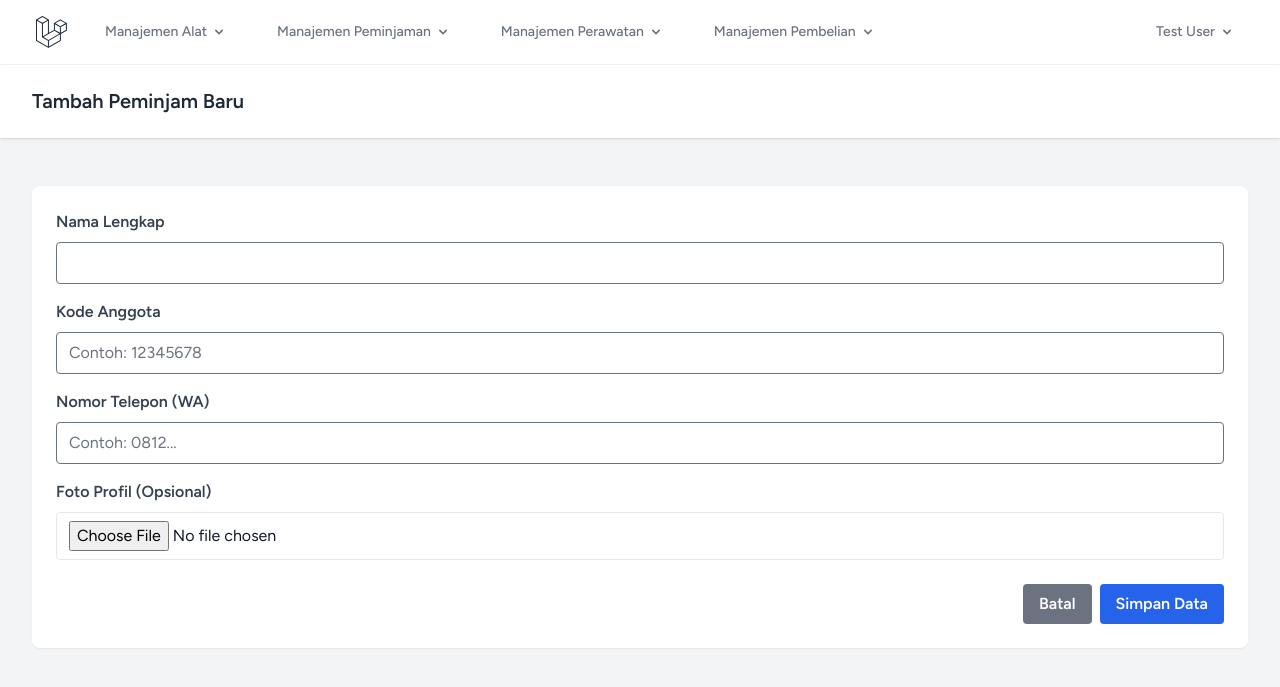
Repository: jeehany/Inventaris-Multimedia
Page: http://localhost/borrowers/create
An editor plug-in stored every save of this project. The page is shown before and after the next save, followed by the edit.
The browser window is 1280 px wide. The pictures show the whole page.
The page is served by the project's Laravel application, run on PHP 8.4 with Laravel 12. A made-up administrator, Test User (test@example.com), is signed in. Other server files are loaded and not shown. Style sheets and scripts are compiled from the project's sources, by tool versions that may differ from the author's.

Above is the page before, as saved 2025-12-27 13:47:19.

### routes/web.php
<?php

use Illuminate\Support\Facades\Route;
use App\Http\Controllers\ProfileController;
use App\Http\Controllers\CategoryController;
use App\Http\Controllers\ToolController;
use App\Http\Controllers\BorrowerController;
use App\Http\Controllers\BorrowingController;
use App\Http\Controllers\VendorController;
use App\Http\Controllers\PurchaseController;
use App\Http\Controllers\DashboardController;
use App\Http\Controllers\MaintenanceController;
use App\Http\Controllers\MaintenanceTypeController;

/*
|--------------------------------------------------------------------------
| Web Routes
|--------------------------------------------------------------------------
*/

Route::get('/', function () {
    return view('welcome');
});

Route::get('/dashboard', [DashboardController::class, 'index'])
    ->middleware(['auth', 'verified'])
    ->name('dashboard');

Route::middleware('auth')->group(function () {

    // --- Profile Routes ---
    Route::get('/profile', [ProfileController::class, 'edit'])->name('profile.edit');
    Route::patch('/profile', [ProfileController::class, 'update'])->name('profile.update');
    Route::delete('/profile', [ProfileController::class, 'destroy'])->name('profile.destroy');

    // --- Manajemen Alat (Tools) ---
    // 1. Trash & Restore (WAJIB DI ATAS Resource)
    Route::get('/tools/trash', [ToolController::class, 'trash'])->name('tools.trash');
    Route::put('/tools/{id}/restore', [ToolController::class, 'restore'])->name('tools.restore');

    // 2. Export & Custom
    Route::get('tools/export-pdf', [ToolController::class, 'exportPdf'])->name('tools.exportPdf');

    // 3. Resource & Kategori
    Route::resource('categories', CategoryController::class);
    Route::get('/categories/{category}/next-code', [CategoryController::class, 'nextCode'])->name('categories.nextCode');
    Route::resource('tools', ToolController::class);


    // --- Peminjam & Peminjaman ---
    Route::resource('borrowers', BorrowerController::class);

    // Custom Routes Peminjaman
    Route::get('/borrowings/export-pdf', [BorrowingController::class, 'exportPdf'])->name('borrowings.exportPdf');
    Route::put('/borrowings/{id}/return', [BorrowingController::class, 'returnItem'])->name('borrowings.return');
    Route::get('/get-tools/{categoryId}', [BorrowingController::class, 'getToolsByCategory'])->name('tools.getByCategory');

    Route::resource('borrowings', BorrowingController::class);


    // --- Manajemen Pembelian (UPDATED) ---
    Route::resource('vendors', VendorController::class);

    // 1. Route Khusus Pembelian (WAJIB DI ATAS Resource Purchases)
    // Agar tidak dianggap sebagai ID (misal: /purchases/approved tidak dianggap /purchases/{id})
    Route::get('/purchases/report', [PurchaseController::class, 'report'])->name('purchases.report');
    Route::get('/purchases/approved', [PurchaseController::class, 'approvedList'])->name('purchases.approved'); // Untuk Menu "Pembelian Barang"
    Route::get('/purchases/history', [PurchaseController::class, 'history'])->name('purchases.history'); // Untuk Menu "Riwayat"

    // 2. Action Approval & Upload
    Route::post('/purchases/{purchase}/approve', [PurchaseController::class, 'approve'])->name('purchases.approve');
    Route::post('/purchases/{purchase}/reject', [PurchaseController::class, 'reject'])->name('purchases.reject');
    Route::post('/purchases/{id}/upload-proof', [PurchaseController::class, 'uploadProof'])->name('purchases.uploadProof'); // Logic upload bukti

    // 3. Resource Purchases (CRUD Utama)
    Route::resource('purchases', PurchaseController::class);


    // --- Maintenance Routes ---
    Route::resource('maintenances', MaintenanceController::class);
    Route::resource('maintenance-types', MaintenanceTypeController::class);
});

require __DIR__.'/auth.php';

### app/Models/User.php
<?php

namespace App\Models;

// use Illuminate\Contracts\Auth\MustVerifyEmail;
use Illuminate\Database\Eloquent\Factories\HasFactory;
use Illuminate\Foundation\Auth\User as Authenticatable;
use Illuminate\Notifications\Notifiable;

class User extends Authenticatable
{
    /** @use HasFactory<\Database\Factories\UserFactory> */
    use HasFactory, Notifiable;

    /**
     * The attributes that are mass assignable.
     *
     * @var list<string>
     */
    protected $fillable = [
        'name',
        'email',
        'password',
        'role',
    ];

    /**
     * The attributes that should be hidden for serialization.
     *
     * @var list<string>
     */
    protected $hidden = [
        'password',
        'remember_token',
    ];

    /**
     * Get the attributes that should be cast.
     *
     * @return array<string, string>
     */
    protected function casts(): array
    {
        return [
            'email_verified_at' => 'datetime',
            'password' => 'hashed',
        ];
    }

    public function isHead(): bool
    {
        return in_array($this->role, ['kepala', 'head']);
    }
}

### app/Http/Controllers/BorrowerController.php
<?php

namespace App\Http\Controllers;

use App\Models\Borrower;
use Illuminate\Http\Request;

class BorrowerController extends Controller
{
    public function index(Request $request)
    {
        $query = Borrower::query();

        // Logika Search yang lebih aman (Grouped)
        if ($request->filled('search')) {
            $search = $request->search;
            $query->where(function($q) use ($search) {
                $q->where('name', 'like', '%' . $search . '%')
                  ->orWhere('code', 'like', '%' . $search . '%');
            });
        }

        // Pagination + Query String (agar search tidak hilang saat pindah halaman)
        $borrowers = $query->latest()->paginate(10)->withQueryString();

        return view('borrowers.index', compact('borrowers'));
    }

    public function create() { return view('borrowers.create'); }

    public function store(Request $request)
    {
        $request->validate([
            'name' => 'required|string|max:255',
            'code' => 'required|string|unique:borrowers,code', // Kode harus unik
            'phone' => 'nullable|string',
            'photo' => 'nullable|image|max:2048',
        ]);

        $data = $request->only(['code', 'name', 'phone']);
        if ($request->hasFile('photo')) {
            $path = $request->file('photo')->store('borrowers', 'public');
            $data['photo'] = $path;
        }

        Borrower::create($data);
        return redirect()->route('borrowers.index')->with('success', 'Data peminjam berhasil ditambahkan.');
    }

    public function edit($id) {
        $borrower = Borrower::findOrFail($id);
        return view('borrowers.edit', compact('borrower'));
    }

    public function update(Request $request, $id)
    {
        $request->validate([
            'name' => 'required|string|max:255',
            'code' => 'required|string|unique:borrowers,code,'.$id,
            'phone' => 'nullable|string',
            'photo' => 'nullable|image|max:2048',
        ]);

        $borrower = Borrower::findOrFail($id);
        $data = $request->only(['code','name','phone']);
        if ($request->hasFile('photo')) {
            $path = $request->file('photo')->store('borrowers', 'public');
            $data['photo'] = $path;
        }

        $borrower->update($data);

        return redirect()->route('borrowers.index')->with('success', 'Data peminjam diperbarui.');
    }

    public function destroy($id)
    {
        Borrower::findOrFail($id)->delete();
        return redirect()->route('borrowers.index')->with('success', 'Data peminjam dihapus.');
    }
}

### resources/views/borrowers/create.blade.php
<x-app-layout>
    <x-slot name="header">
        <h2 class="font-semibold text-xl text-gray-800 leading-tight">
            {{ __('Tambah Peminjam Baru') }}
        </h2>
    </x-slot>

    <div class="py-12">
        <div class="max-w-7xl mx-auto sm:px-6 lg:px-8">
            <div class="bg-white overflow-hidden shadow-sm sm:rounded-lg">
                <div class="p-6 text-gray-900">

                    {{-- Tampilkan Error Validasi --}}
@if ($errors->any())
    <div class="mb-4 bg-red-100 border border-red-400 text-red-700 px-4 py-3 rounded relative">
        <strong class="font-bold">Ups! Ada masalah input:</strong>
        <ul class="mt-2 list-disc list-inside text-sm">
            @foreach ($errors->all() as $error)
                <li>{{ $error }}</li>
            @endforeach
        </ul>
    </div>
@endif

<form action="{{ route('borrowers.store') }}" ... >

                    <form action="{{ route('borrowers.store') }}" method="POST" enctype="multipart/form-data">
                        @csrf

                        <div class="mb-4">
                            <label class="block text-gray-700 font-bold mb-2">Nama Lengkap</label>
                            <input type="text" name="name" class="border rounded w-full py-2 px-3" required>
                        </div>

                        <div class="mb-4">
                            <label class="block text-gray-700 font-bold mb-2">Kode Anggota</label>
                            <input type="text" name="code" class="border rounded w-full py-2 px-3" required placeholder="Contoh: 12345678">
                        </div>

                        <div class="mb-4">
                            <label class="block text-gray-700 font-bold mb-2">Nomor Telepon (WA)</label>
                            <input type="text" name="phone" class="border rounded w-full py-2 px-3" placeholder="Contoh: 0812...">
                        </div>

                        <div class="mb-4">
                            <label class="block text-gray-700 font-bold mb-2">Foto Profil (Opsional)</label>
                            <input type="file" name="photo" class="border rounded w-full py-2 px-3">
                        </div>

                        <div class="flex justify-end gap-2 mt-6">
                            <a href="{{ route('borrowers.index') }}" class="bg-gray-500 hover:bg-gray-700 text-white font-bold py-2 px-4 rounded">Batal</a>
                            <button type="submit" class="bg-blue-600 hover:bg-blue-800 text-white font-bold py-2 px-4 rounded">Simpan Data</button>
                        </div>
                    </form>

                </div>
            </div>
        </div>
    </div>
</x-app-layout>

Loaded but not shown: routes/auth.php (common file); app/Http/Controllers/Auth/EmailVerificationPromptController.php (common file); app/Http/Controllers/Controller.php (common file); app/Http/Controllers/Auth/VerifyEmailController.php (common file); app/View/Components/AppLayout.php (common file); resources/views/layouts/app.blade.php (common file); resources/views/components/application-logo.blade.php (common file); resources/views/components/dropdown-link.blade.php (common file); resources/views/components/dropdown.blade.php (common file); resources/views/components/responsive-nav-link.blade.php (common file); resources/css/app.css (common file); tailwind.config.js (common file); resources/js/app.js (common file); resources/js/bootstrap.js (common file); resources/views/layouts/navigation.blade.php (211 lines, source omitted)

After the next save:
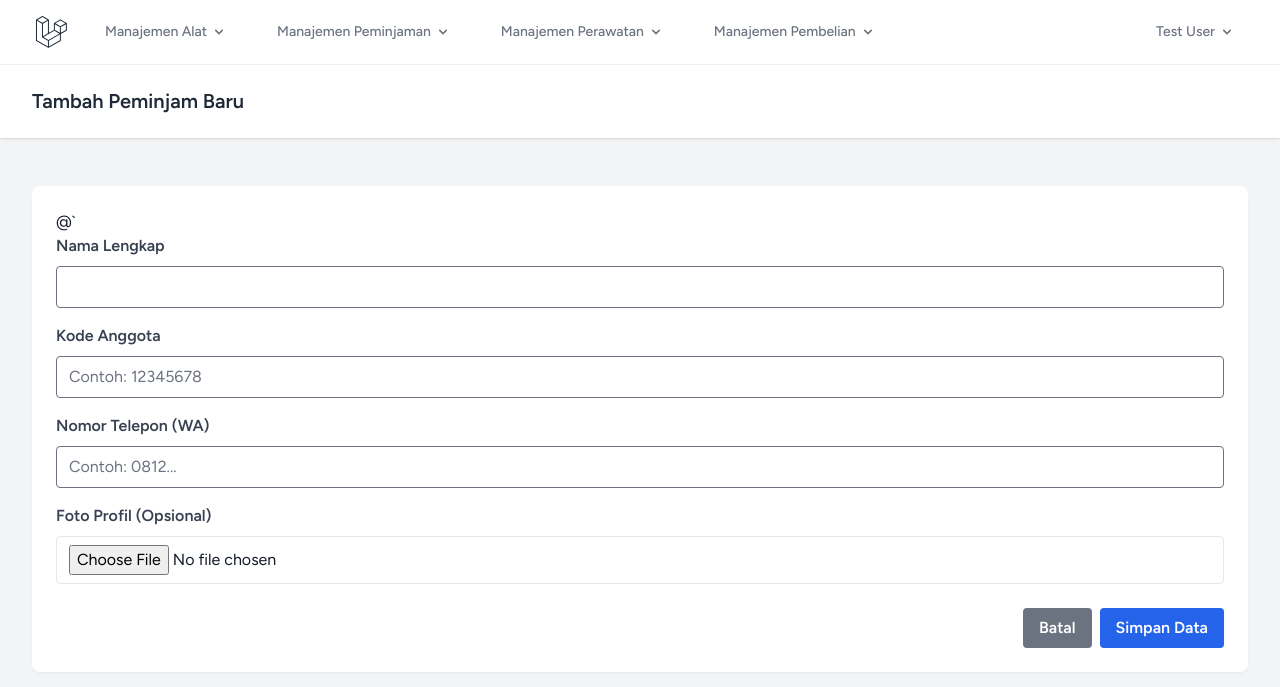
Saved 11 s later.
--- a/resources/views/borrowers/create.blade.php
+++ b/resources/views/borrowers/create.blade.php
@@ -11,16 +11,7 @@
                 <div class="p-6 text-gray-900">
 
                     {{-- Tampilkan Error Validasi --}}
-@if ($errors->any())
-    <div class="mb-4 bg-red-100 border border-red-400 text-red-700 px-4 py-3 rounded relative">
-        <strong class="font-bold">Ups! Ada masalah input:</strong>
-        <ul class="mt-2 list-disc list-inside text-sm">
-            @foreach ($errors->all() as $error)
-                <li>{{ $error }}</li>
-            @endforeach
-        </ul>
-    </div>
-@endif
+@`
 
 <form action="{{ route('borrowers.store') }}" ... >
 

After the save that followed:
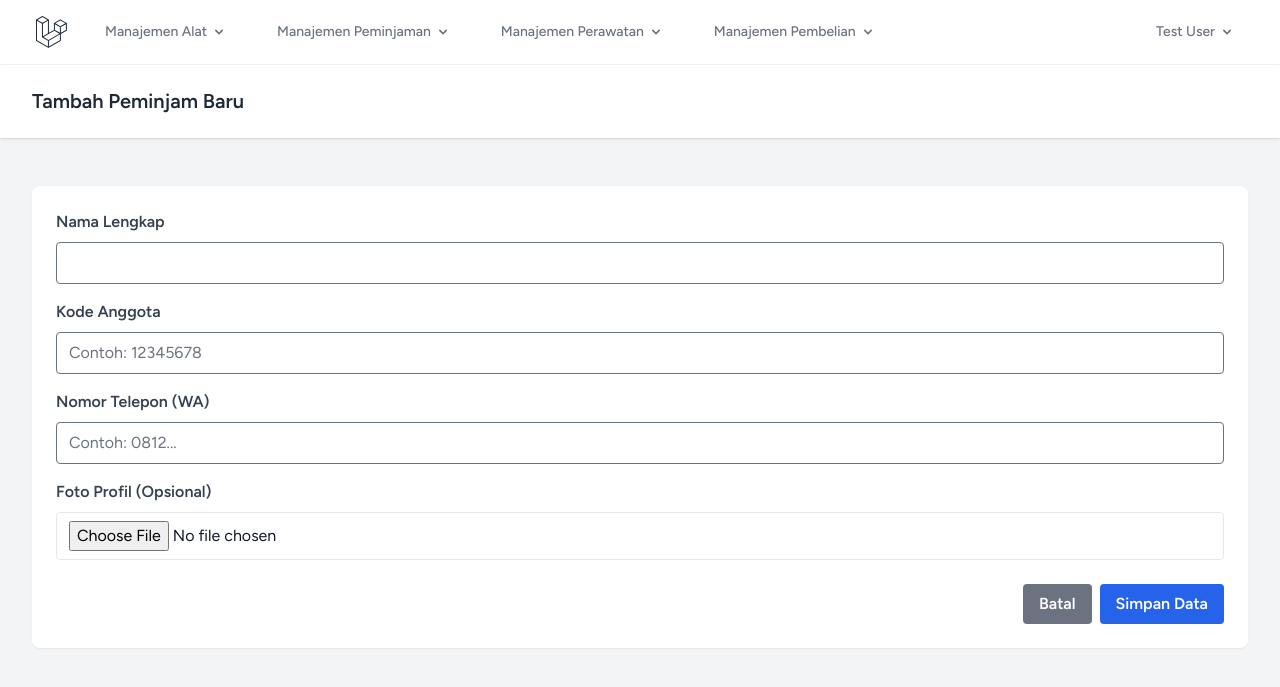
Saved 4 s later.
--- a/resources/views/borrowers/create.blade.php
+++ b/resources/views/borrowers/create.blade.php
@@ -11,7 +11,16 @@
                 <div class="p-6 text-gray-900">
 
                     {{-- Tampilkan Error Validasi --}}
-@`
+                    @if ($errors->any())
+                        <div class="mb-4 bg-red-100 border border-red-400 text-red-700 px-4 py-3 rounded relative">
+                            <strong class="font-bold">Ups! Ada masalah input:</strong>
+                            <ul class="mt-2 list-disc list-inside text-sm">
+                                @foreach ($errors->all() as $error)
+                                    <li>{{ $error }}</li>
+                                @endforeach
+                            </ul>
+                        </div>
+                    @endif
 
 <form action="{{ route('borrowers.store') }}" ... >
 
